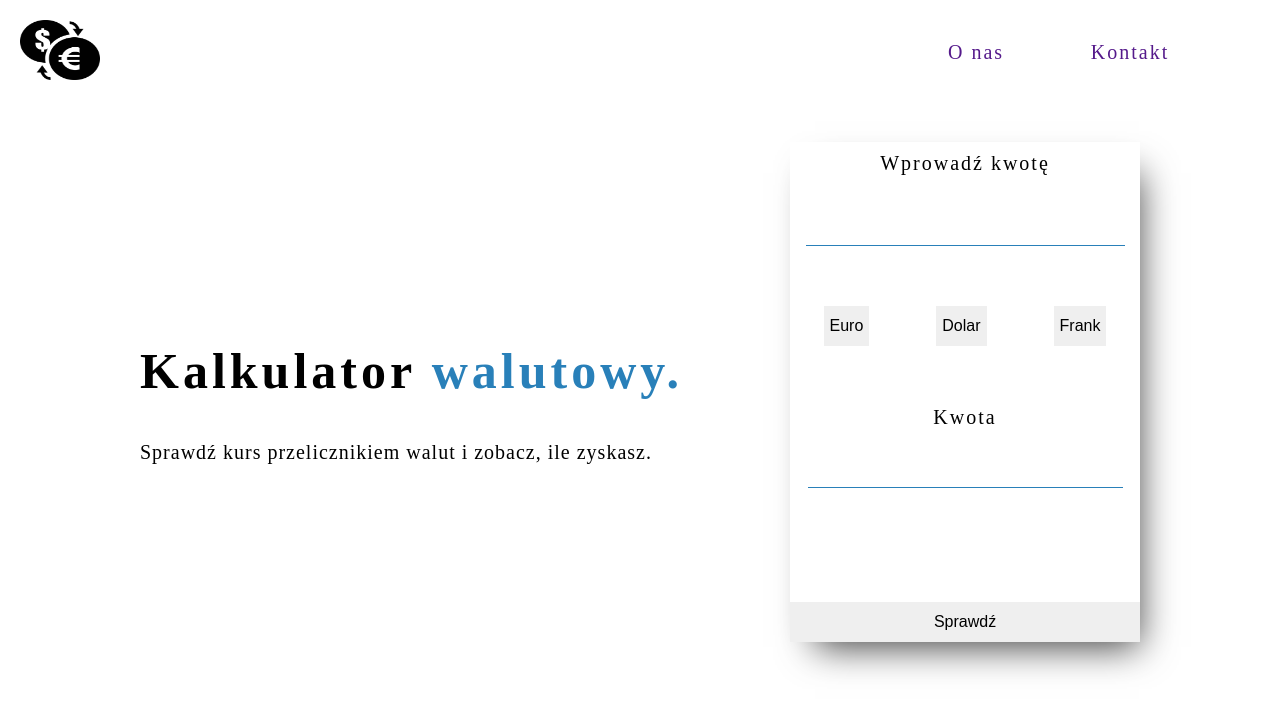
Repository: SebastianArmata22/Kalkulator-walut
Page: index.html
The author's editor kept a copy of each file at every save. The page is drawn from the files as they stood at one save, then again after the next save.
The browser window is 1280 px wide. The pictures show the whole page.

Above is the page before, as saved 2020-10-23 20:47:38.

After the next save:
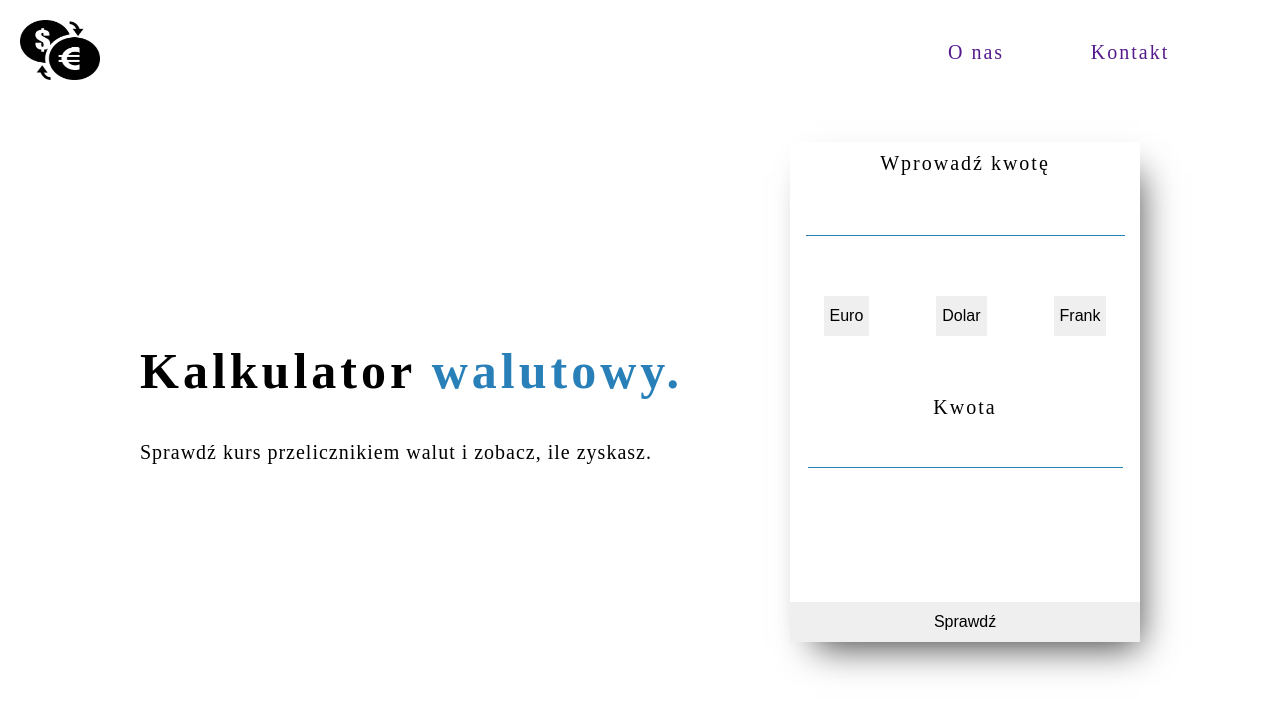
Saved 41 s later.
--- a/style.css
+++ b/style.css
@@ -105,7 +105,7 @@ width: 100%;
     margin-bottom: 60px;
 }
 .text-label{
-    margin: 10px;
+    margin-top: 10px;
     font-size: 20px;
     letter-spacing: 2px;
 }
